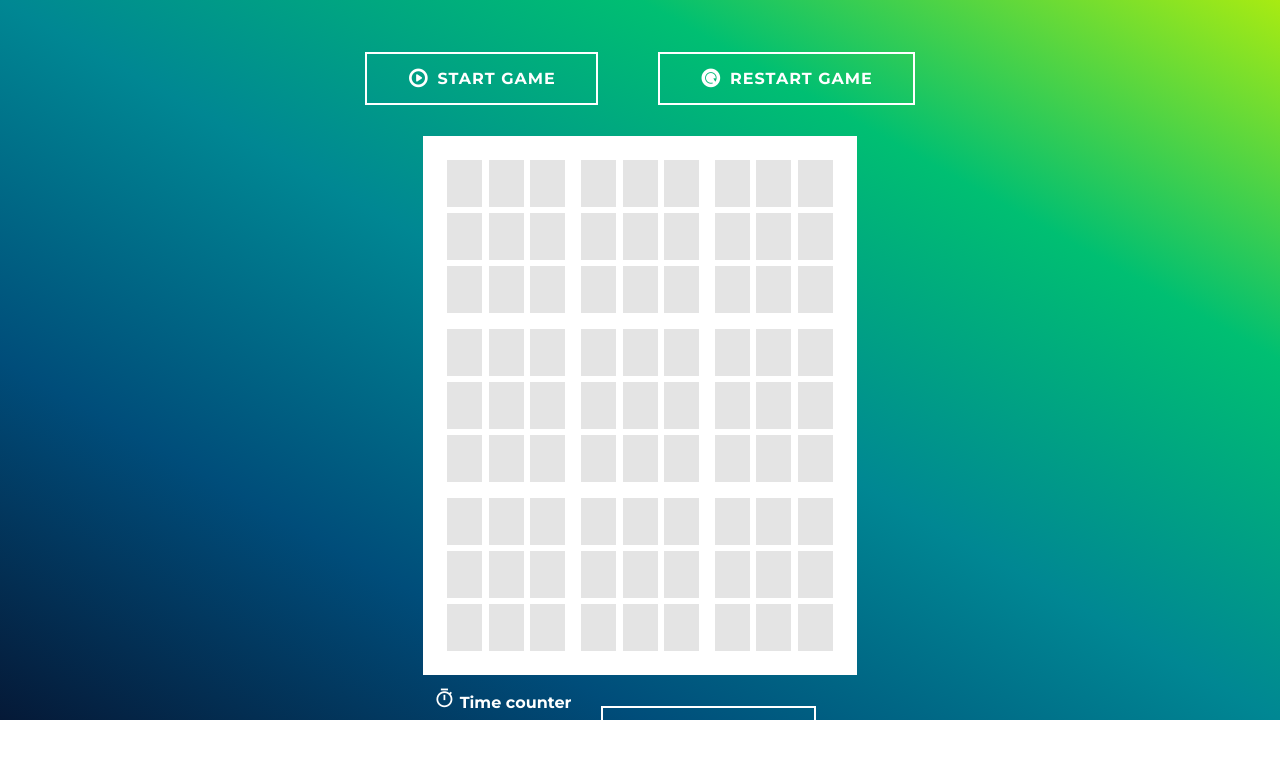
Repository: pattypetrikova/sudoku
Page: index.html
These files come from the project's save history. The page is drawn as it stood at one moment and after the next save; the edit follows.
The browser window is 1280 px wide. The pictures show the whole page.
Some web fonts or font styles are not loaded; a fallback is used.

Above is the page before, as saved 2022-12-30 12:28:42.

After the next save:
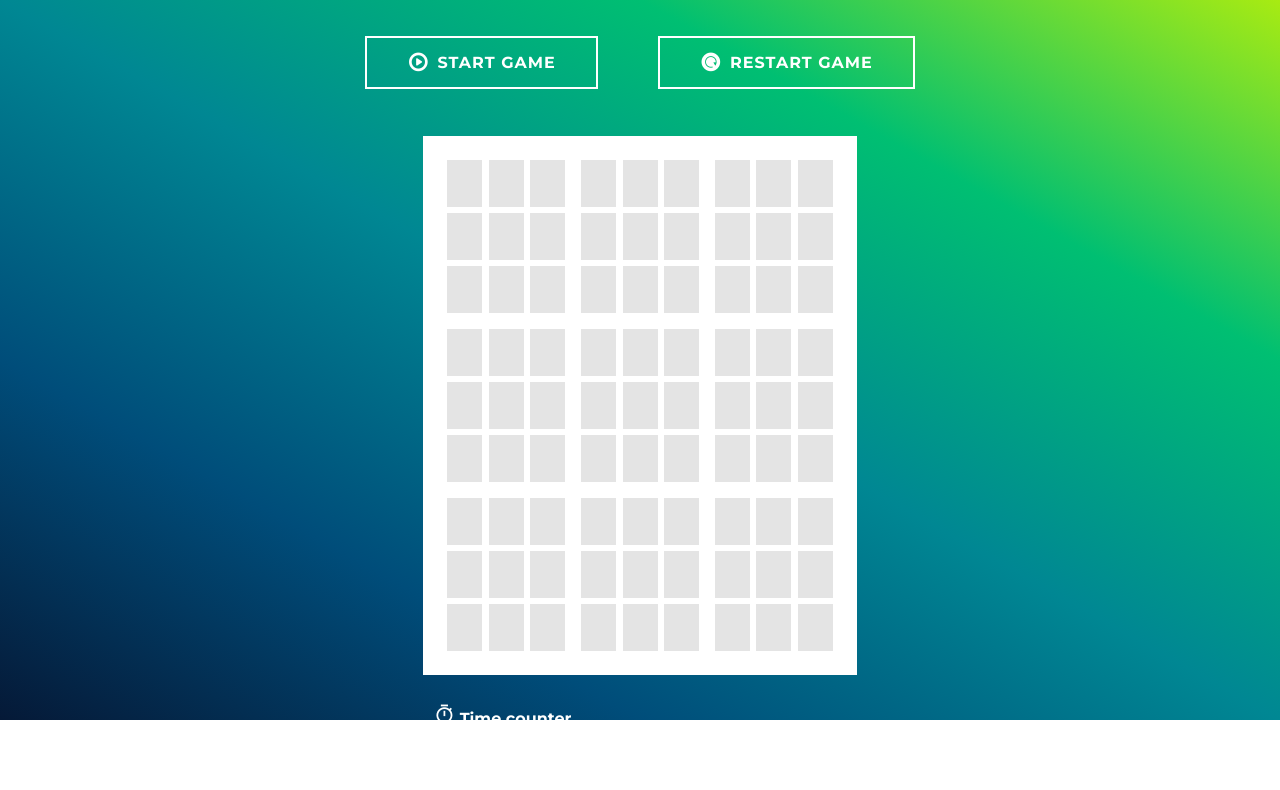
Saved 12 s later.
--- a/assets/style.css
+++ b/assets/style.css
@@ -28,7 +28,7 @@
     display: flex;
     justify-content: center;
     flex-direction: column;
-    margin: 1em;
+    margin: 2em;
 }
 
 .title {
